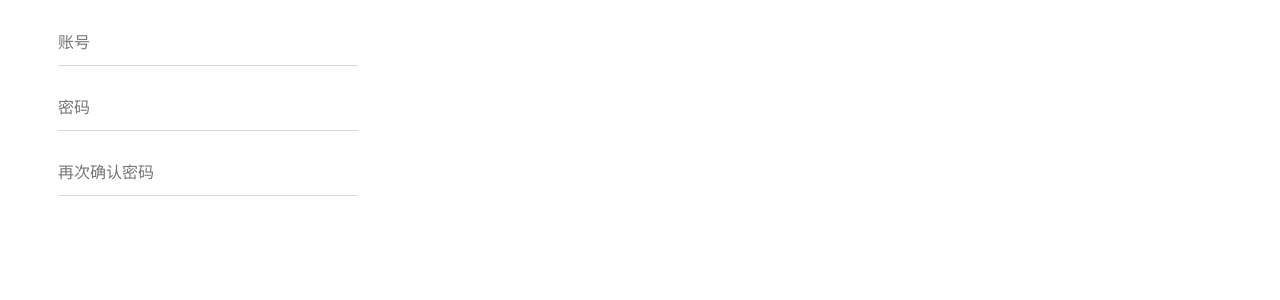
Repository: Gin1217/frontStudy
Page: beautifulTable.html
An editor plug-in stored every save of this project. The page is shown before and after the next save, followed by the edit.
The browser window is 1280 px wide. The pictures show the whole page.

Above is the page before, as saved 2021-03-12 01:50:47.

### beautifulTable.html
<!DOCTYPE html>
<html lang="en">

<head>
    <meta charset="UTF-8">
    <meta http-equiv="X-UA-Compatible" content="IE=edge">
    <meta name="viewport" content="width=device-width, initial-scale=1.0">
    <title>表单的美化</title>

    <style>
        .input-field,
        .input-field * {
            -webkit-box-sizing: border-box;
            box-sizing: border-box;
        }

        /* 外层的div盒⼦，⽗相⼦绝 */
        .input-field {
            position: relative;
            width: 300px;
            margin: 20px 50px;
        }

        /* ⽂本框的基础样式，边框都去掉了，使⽤span来代替 */
        .input-field input {
            background-color: transparent;
            border: none;
            outline: none;
            border-radius: 0;
            height: 45px;
            width: 100%;
            padding: 0;
            font-size: 1em;
            -webkit-transition: all 0.3s;
            transition: all 0.3s;
        }

        /* span充当每个⽂本框的下划线，默认未激活样式 */
        .input-field input+span {
            position: absolute;
            top: 100%;
            left: 0;
            display: inline-block;
            max-width: 100%;
            z-index: 0;
            width: 100%;
            height: 1px;
            border-bottom: 1px solid #d9d9d9;
        }

        /* ⽂本框获取焦点时，下划线在0.2秒内缩放到 0（最⼩化），然后再放⼤到
        1，实现⼀种缩放效果 */
        .input-field span:after {
            content: '';
            position: absolute;
            bottom: 0;
            left: 0;
            width: 100%;
            height: 2px;
            background: #2196f3;
            -webkit-transform: scale(0);
            transform: scale(0);
            -webkit-transition: all 0.2s ease-out;
            transition: all 0.2s ease-out;
        }

        /* 获得焦点后，下划线缩放倍数（⾃⼰调整下看看效果） */
        .input-field input:focus+span:after {
            -webkit-transform: scale(1);
            transform: scale(1);
        }
    </style>
</head>

<body>
    <div class="input-field"> <input type="text" placeholder="账号" />
        <span></span>
    </div>
    <div class="input-field"> <input type="text" placeholder="密码" />
        <span></span>
    </div>
    <div class="input-field"> <input type="text" placeholder="再次确认密码" />
        <span></span>
    </div>
</body>

</html>

After the next save:
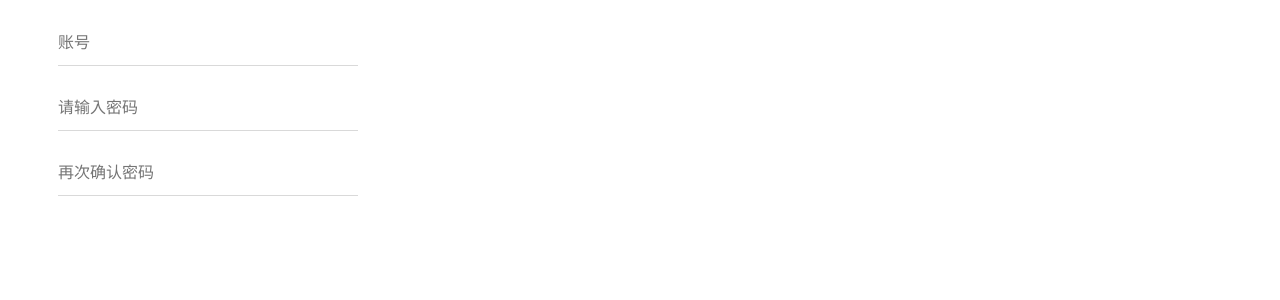
Saved 8 min 55 s later.
--- a/beautifulTable.html
+++ b/beautifulTable.html
@@ -6,8 +6,15 @@
     <meta http-equiv="X-UA-Compatible" content="IE=edge">
     <meta name="viewport" content="width=device-width, initial-scale=1.0">
     <title>表单的美化</title>
+    <link rel="//at.alicdn.com/t/font_2415223_5ppk0m93gt6.css">
+    <style>
+        /* 定义成功、警告、错误的颜⾊ */
+:root {
+--success-color: #4caf50;
+--warning-color: #e49f67;
+--error-color: #eb3434; }
 
-    <style>
+
         .input-field,
         .input-field * {
             -webkit-box-sizing: border-box;
@@ -69,18 +76,41 @@
             -webkit-transform: scale(1);
             transform: scale(1);
         }
+
+        /* 图标默认样式 */
+.input-field.input-field-icon i {
+position: absolute;
+right: 0;
+padding: 0 5px;
+font-size: 1.5em;
+top: 50%;
+-webkit-transform: translate(0, -50%);
+transform: translate(0, -50%);
+}
+.input-field.input-field-icon input{
+padding-right:30px; }
+
     </style>
 </head>
 
 <body>
-    <div class="input-field"> <input type="text" placeholder="账号" />
-        <span></span>
+    <!-- 校验成功 -->
+    <div class="input-field success input-field-icon">
+        <input type="text" placeholder="账号" />
+    <span></span>
+    <i class="iconfont icon-e"> </i>
     </div>
-    <div class="input-field"> <input type="text" placeholder="密码" />
-        <span></span>
+    <!-- 校验提醒 -->
+    <div class="input-field warning input-field-icon">
+        <input type="text" placeholder="请输入密码" />
+    <span></span>
+    <i class="iconfont icon-zhengyan"> </i>
     </div>
-    <div class="input-field"> <input type="text" placeholder="再次确认密码" />
-        <span></span>
+    <!-- 校验失败 -->
+    <div class="input-field error input-field-icon">
+         <input type="text" placeholder="再次确认密码" />
+    <span></span>
+     <i class="iconfont icon-biyan"> </i>
     </div>
 </body>
 
